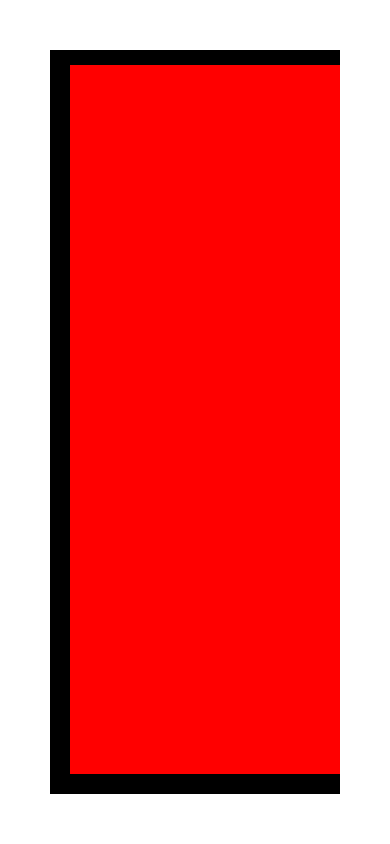
Repository: akinmiday/ReactNativeApp
Screen: /
The author's editor kept a copy of each file at every save. The screen is drawn from the files as they stood at one save, then again after the next save.
The app was drawn by React Native's web renderer in a window 390 px wide. The project was rebuilt for these pictures with package versions that can differ from the ones it lists, and the page was loaded fresh each time.

Above is the screen before, as saved 2023-08-06 16:07:08.

After the next save:
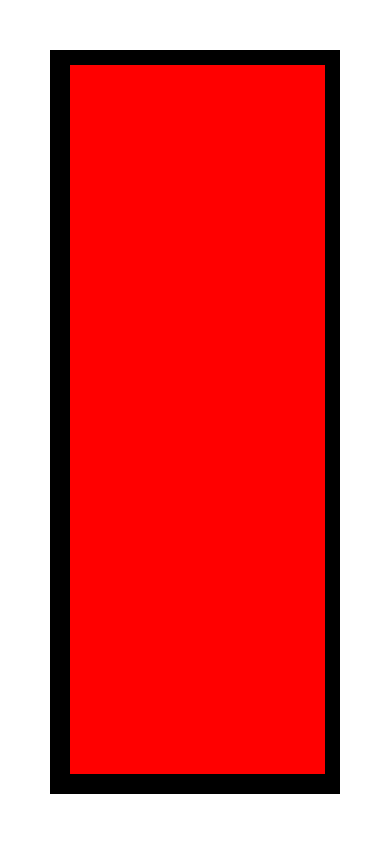
Saved 21 s later.
--- a/styles.js
+++ b/styles.js
@@ -9,6 +9,7 @@ const styles = StyleSheet.create({
     borderBottomWidth: 20,
     borderTopWidth: 15,
     borderLeftWidth: 20,
+    borderRightWidth: 15,
   },
   input: {
     backgroundColor: "pink",
